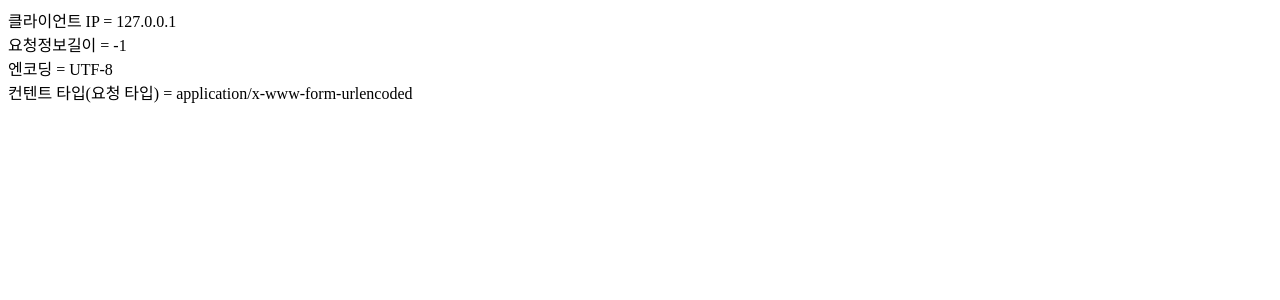
Repository: xo461/test
Page: http://localhost/ch03jsp/requestInfo.jsp
These files come from the project's save history. The page is drawn as it stood at one moment and after the next save; the edit follows.
The browser window is 1280 px wide. The pictures show the whole page.
The page is served by Tomcat 9.

Above is the page before, as saved 2019-11-13 01:47:53.

### jsp/ch03jsp/WebContent/requestInfo.jsp
<%@ page language="java" contentType="text/html; charset=UTF-8"
    pageEncoding="UTF-8"%>
<!DOCTYPE html>
<html>
<head>
<meta http-equiv="Content-Type" content="text/html; charset=UTF-8">
<title>클라이언트 및 서버 정보 </title>
</head>
<body>
<!-- JSP 기본객체 : JSP 프로그램에서 생성을 하지 않더라도 이미 생성이 되어서 사용 할 수 있는 객체 변수 예)request -->
클라이언트 IP = <%= request.getRemoteAddr()%><br/>
<% System.out.println(request.getRemoteAddr()); %>
요청정보길이 = <%= request.getContentLengthLong() %><br/>
<!-- 한글처리 utf-8 -->
<% request.setCharacterEncoding("utf-8"); %>
엔코딩 = <%= request.getCharacterEncoding() %><br/>
컨텐트 타입(요청 타입) = <%= request.getContentType() %><br/>
</body>
</html>

After the next save:
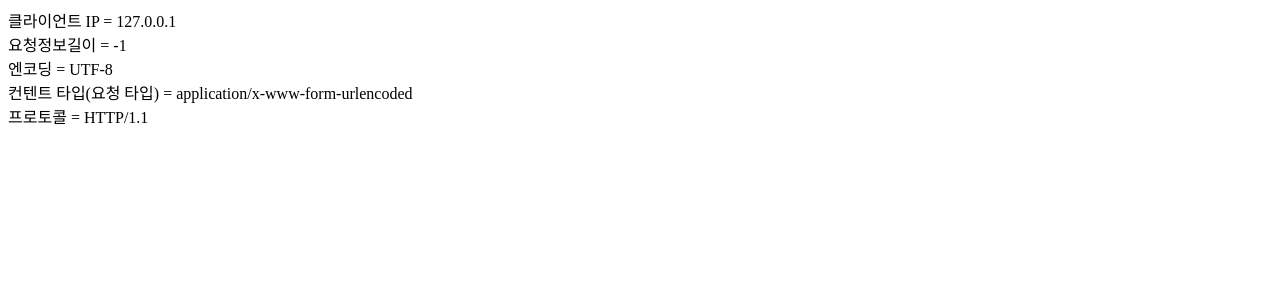
Saved 69 s later.
--- a/jsp/ch03jsp/WebContent/requestInfo.jsp
+++ b/jsp/ch03jsp/WebContent/requestInfo.jsp
@@ -15,5 +15,6 @@
 <% request.setCharacterEncoding("utf-8"); %>
 엔코딩 = <%= request.getCharacterEncoding() %><br/>
 컨텐트 타입(요청 타입) = <%= request.getContentType() %><br/>
+프로토콜 = <%= request.getProtocol() %><br/>
 </body>
 </html>
